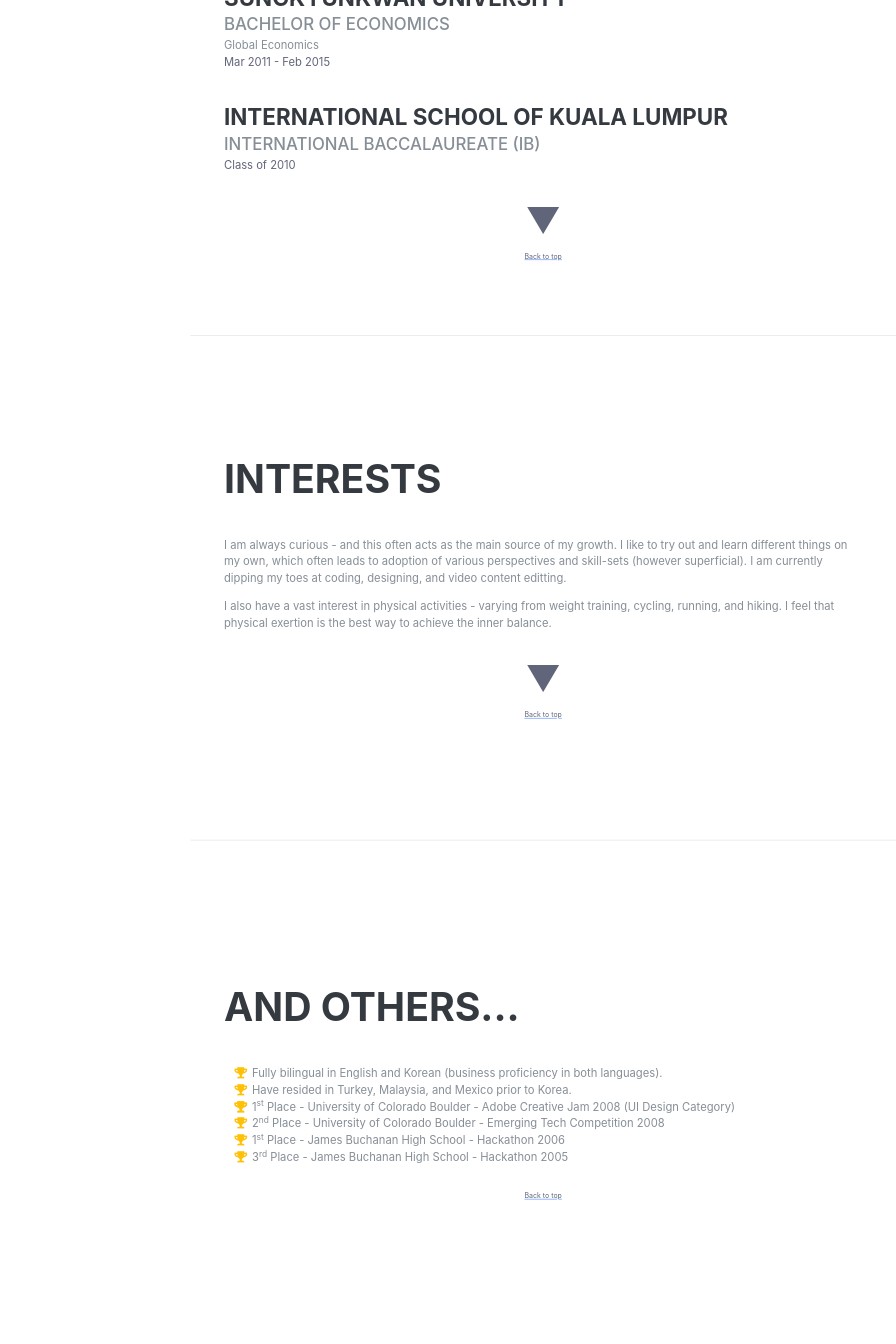
Repository: whitethugcat/whitethugcat.github.io
Page: class/resume-practice/yoojin-resume.html
The author's editor kept a record of every edit. The page is drawn from the files as they stood at one moment, then again after the next edit.
The browser window is 1280 px wide. The pictures show the part of the page from y = 2942 to 4862 px (the page is 4862 px tall), at 70% of full size.
Some web fonts or font styles are not loaded; a fallback is used.

Above is the page before.

After the next edit:
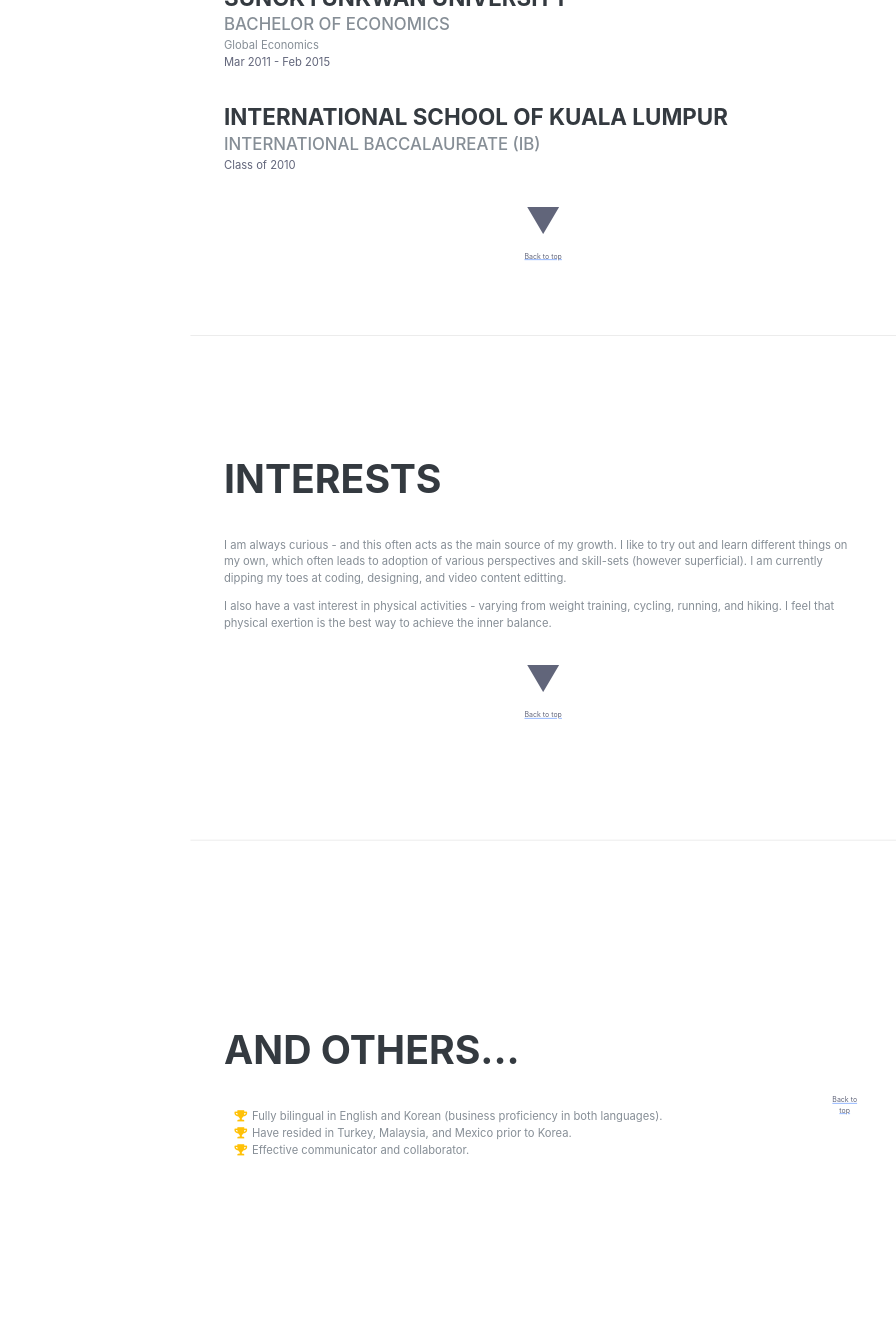
The edit:
--- a/class/resume-practice/yoojin-resume.html
+++ b/class/resume-practice/yoojin-resume.html
@@ -325,26 +325,12 @@
           <li>
             <i class="fa-li fa fa-trophy text-warning"></i>
             Have resided in Turkey, Malaysia, and Mexico prior to Korea.</li>
-          <li>
+            <li>
             <i class="fa-li fa fa-trophy text-warning"></i>
-            </li>
-          <li>
-            <i class="fa-li fa fa-trophy text-warning"></i>
-            1<sup>st</sup>
-            Place - University of Colorado Boulder - Adobe Creative Jam 2008 (UI Design Category)</li>
-          <li>
-            <i class="fa-li fa fa-trophy text-warning"></i>
-            2<sup>nd</sup>
-            Place - University of Colorado Boulder - Emerging Tech Competition 2008</li>
-          <li>
-            <i class="fa-li fa fa-trophy text-warning"></i>
-            1<sup>st</sup>
-            Place - James Buchanan High School - Hackathon 2006</li>
-          <li>
-            <i class="fa-li fa fa-trophy text-warning"></i>
-            3<sup>rd</sup>
-            Place - James Buchanan High School - Hackathon 2005</li>
-        </ul>
+            Effective communicator and collaborator.</li>
+          </ul>
+          </div>
+
 
           <div class=back-to-top>
           <a href="#page-top">
